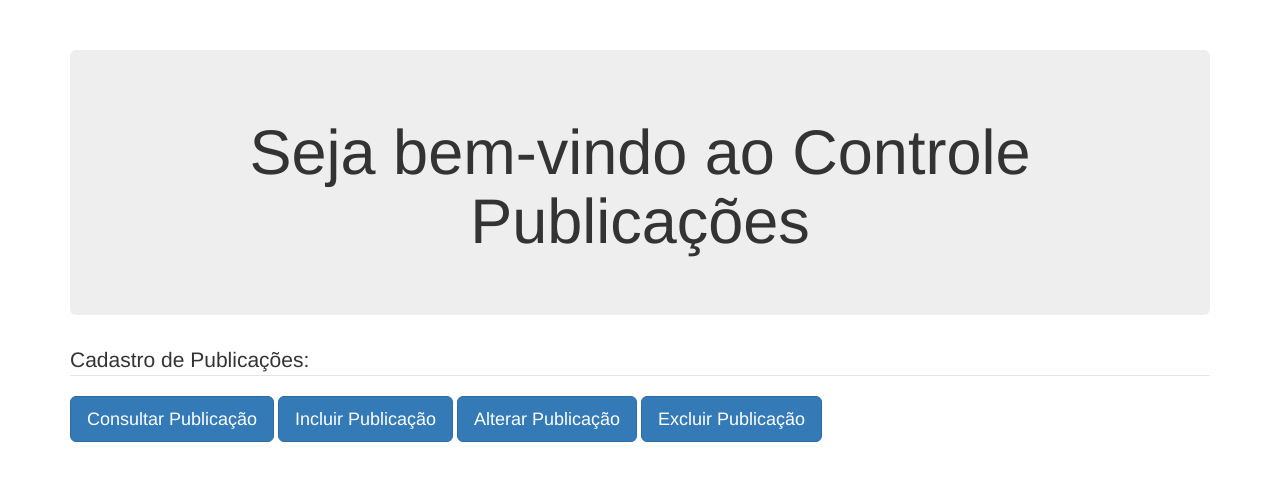
Repository: fabriciofelipe/mestrado-tesd-soa
Page: http://localhost/PublicacaoConsumer/WEB-INF/views/index.jsp
An editor plug-in stored every save of this project. The page is shown before and after the next save, followed by the edit.
The browser window is 1280 px wide. The pictures show the whole page.
Some web libraries are served in a nearby version. The page is served by Tomcat 9. Nobody is signed in. Other server files are loaded and not shown. The template is opened directly, without the code that normally fills it, so the values that code supplies are empty.

Above is the page before, as saved 2017-04-14 23:10:07.
Console error (its wording comes from the project's code and is left out).

### projetoSoap/PublicacaoConsumer/WebContent/WEB-INF/views/index.jsp
<!DOCTYPE html>
<html>
    <head>
        <meta http-equiv="Content-Type" content="text/html; charset=UTF-8" />
        <title>ListaVIP</title>
        <link href="https://maxcdn.bootstrapcdn.com/bootstrap/3.3.7/css/bootstrap.min.css" rel="stylesheet" />
    </head>
    <body>
    <div class="container">
        <div class="jumbotron" align="center" style="margin-top: 50px;">
            <h1>Seja bem-vindo ao Controle Publicações</h1>
        </div>
   <fieldset class="form-group"><legend>Cadastro de Publicações:</legend>
            <div align="form-check">
                <a href="publicacoes" class="btn btn-lg btn-primary">Consultar Publicação</a>
                <a href="cadastrarPublicacao" class="btn btn-lg btn-primary">Incluir Publicação</a>
                <a href="alterarPublicacao" class="btn btn-lg btn-primary">Alterar Publicação</a>
                <a href="excluirPublicacao" class="btn btn-lg btn-primary">Excluir Publicação</a>
            </div>
     </fieldset>
    </div>
    <script src="https://maxcdn.bootstrapcdn.com/bootstrap/3.3.7/js/bootstrap.min.js"></script>
     <script src="https://ajax.googleapis.com/ajax/libs/jquery/1.11.0/jquery.min.js "></script>
    </body>
</html>

After the next save:
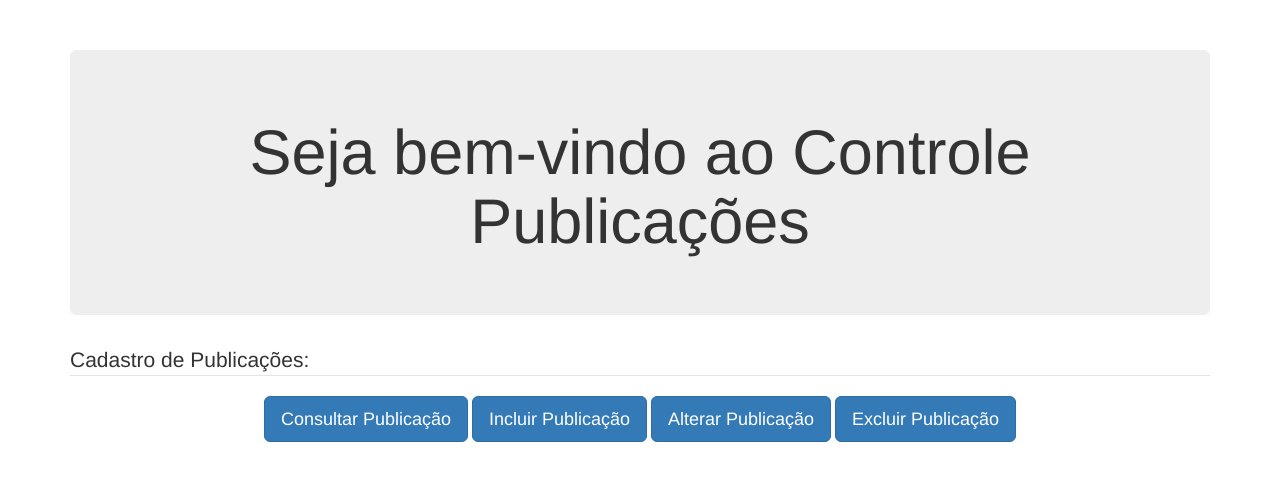
Saved 8 s later.
--- a/projetoSoap/PublicacaoConsumer/WebContent/WEB-INF/views/index.jsp
+++ b/projetoSoap/PublicacaoConsumer/WebContent/WEB-INF/views/index.jsp
@@ -11,7 +11,7 @@
             <h1>Seja bem-vindo ao Controle Publicações</h1>
         </div>
    <fieldset class="form-group"><legend>Cadastro de Publicações:</legend>
-            <div align="form-check">
+            <div align="center">
                 <a href="publicacoes" class="btn btn-lg btn-primary">Consultar Publicação</a>
                 <a href="cadastrarPublicacao" class="btn btn-lg btn-primary">Incluir Publicação</a>
                 <a href="alterarPublicacao" class="btn btn-lg btn-primary">Alterar Publicação</a>
